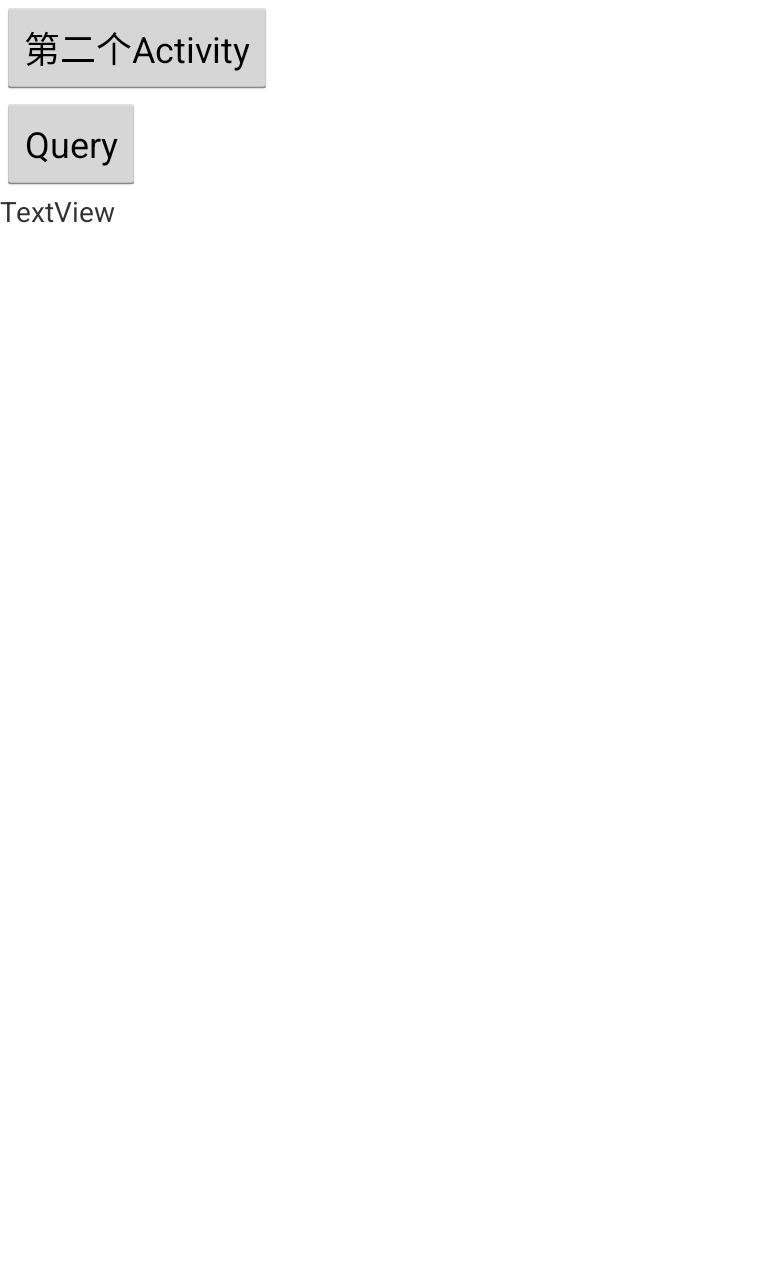
Repository: honglou2001/AndroidPro1
Layout: activitydemo/res/layout/activity_second.xml
An editor plug-in stored every save of this project. The layout is shown before and after the next save, followed by the edit.
It is drawn on a 768 x 1280 px phone screen (xhdpi) without system bars, with theme AppTheme; the app's code is not run. Lists and similar views that code fills are empty.

Above is the layout before, as saved 2014-09-25 06:54:55.

After the next save:
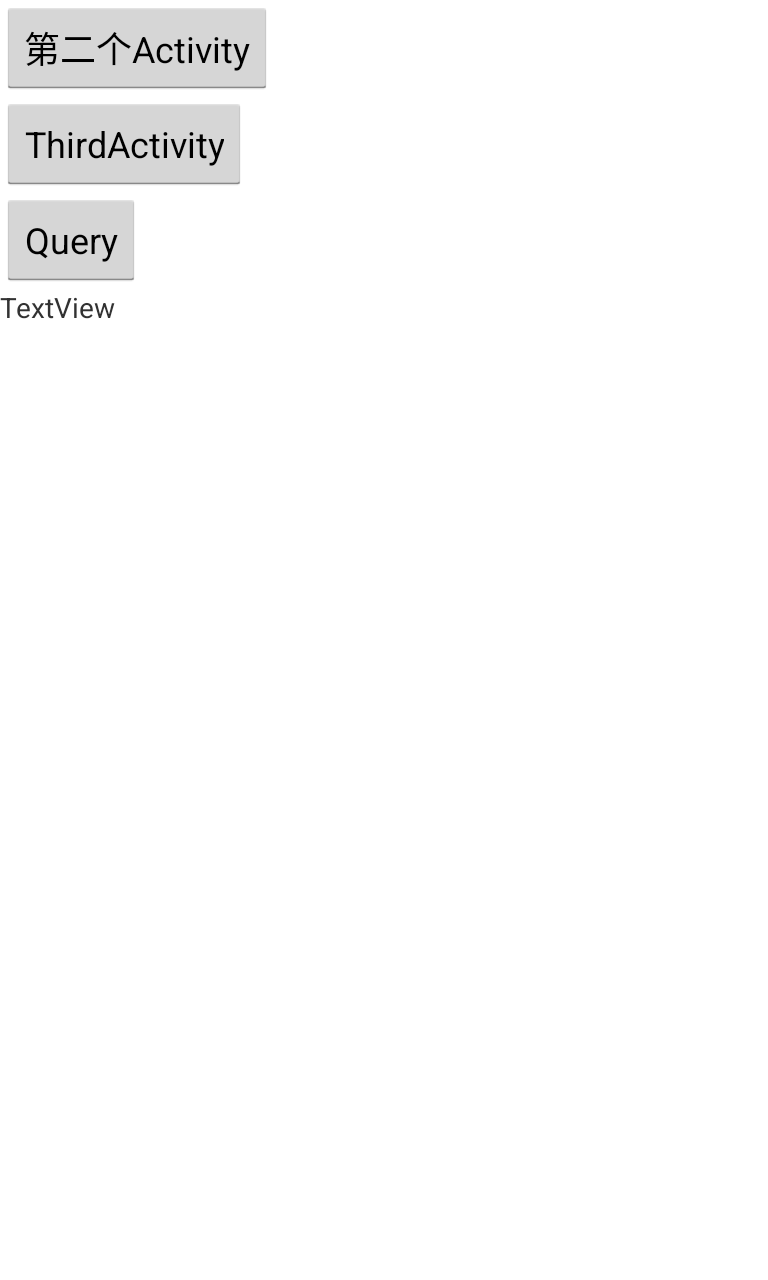
Saved 2 min 28 s later.
--- a/activitydemo/res/layout/activity_second.xml
+++ b/activitydemo/res/layout/activity_second.xml
@@ -9,6 +9,12 @@
         android:layout_width="wrap_content"
         android:layout_height="wrap_content"
         android:text="第二个Activity" />
+
+    <Button
+        android:id="@+id/btnThird"
+        android:layout_width="wrap_content"
+        android:layout_height="wrap_content"
+        android:text="ThirdActivity" />
 
     <Button
         android:id="@+id/btnQuery"
